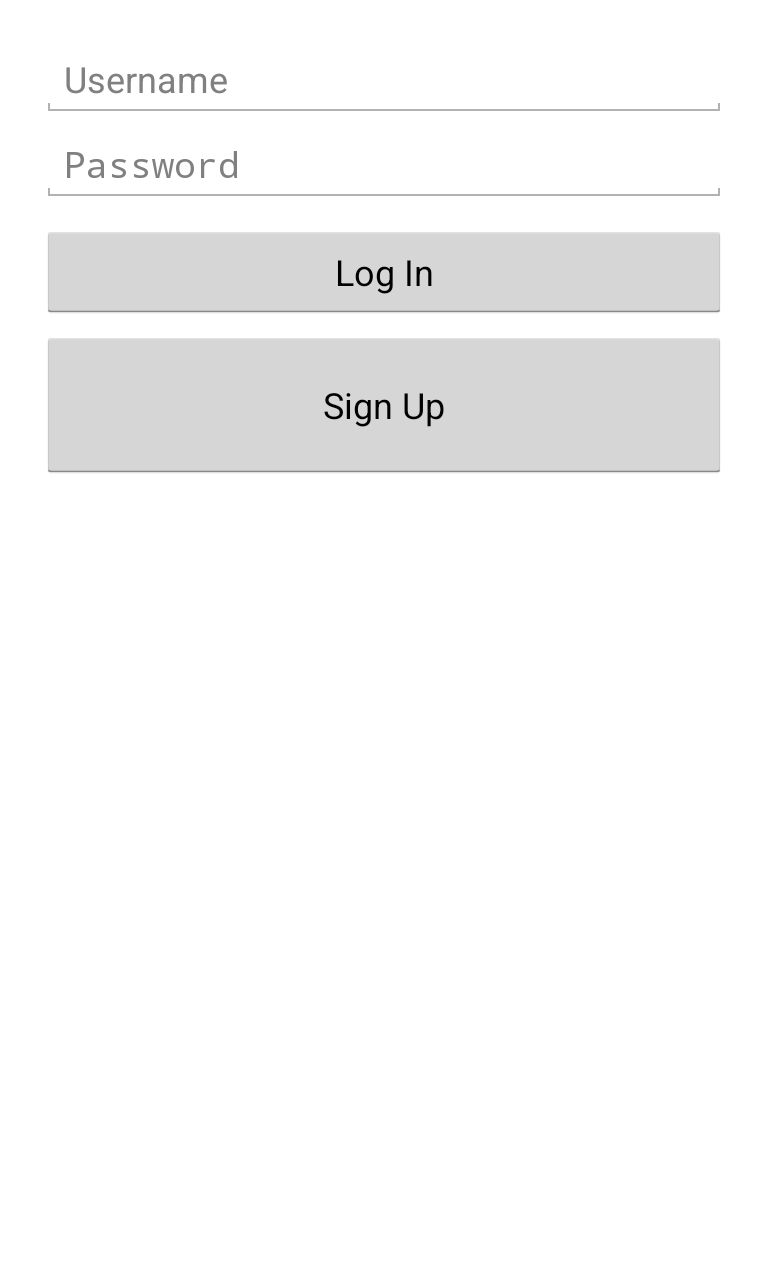
Repository: efreestone/CPM_Freestone
Layout: Project1Android/res/layout/activity_login.xml
The author's editor kept a copy of each file at every save. The layout is drawn from the files as they stood at one save, then again after the next save.
It is drawn on a 768 x 1280 px phone screen (xhdpi) without system bars, with theme AppTheme; the app's code is not run.

Above is the layout before, as saved 2014-10-02 01:07:13.

### Project1Android/res/layout/activity_login.xml
<RelativeLayout xmlns:android="http://schemas.android.com/apk/res/android"
    android:layout_width="fill_parent"
    android:layout_height="fill_parent"
    android:orientation="vertical"
    android:padding="20dp" >

    <EditText
        android:id="@+id/usernameEditText"
        android:layout_width="fill_parent"
        android:layout_height="wrap_content"
        android:hint="@string/usernameTitleText"
        android:inputType="text" />

    <EditText
        android:id="@+id/passwordEditText"
        android:layout_width="fill_parent"
        android:layout_height="wrap_content"
        android:layout_below="@id/usernameEditText"
        android:paddingTop="10dp"
        android:hint="@string/passwordTitleText"
        android:inputType="textPassword" />

    <Button
        android:id="@+id/loginButton"
        android:layout_width="fill_parent"
        android:layout_height="wrap_content"
        android:layout_below="@id/passwordEditText"
        android:layout_marginTop="10dp"
        android:text="@string/loginButtonText" />

    <Button
        android:id="@+id/signupButton"
        android:layout_width="fill_parent"
        android:layout_height="75dp"
        android:layout_below="@id/loginButton"
        android:layout_marginTop="5dp"
        android:text="@string/signupButtonText" />

</RelativeLayout>

### Project1Android/res/values/strings.xml
<?xml version="1.0" encoding="utf-8"?>
<resources>

    <string name="app_name">Project1Android</string>
    <string name="hello_world">Hello world!</string>
    <string name="action_settings">Settings</string>
    <string name="newPlusButton">New Client</string>
    <string name="logoutButtonText">Log Out</string>

    <string name="loginButtonText">Log In</string>
    <string name="signupButtonText">Sign Up</string>

    <string name="usernameTitleText">Username</string>
    <string name="passwordTitleText">Password</string>
</resources>

Loaded but not shown: Project1Android/res/values/styles.xml (common file); Project1Android/res/values-v11/styles.xml (common file); Project1Android/res/values-v14/styles.xml (common file)

After the next save:
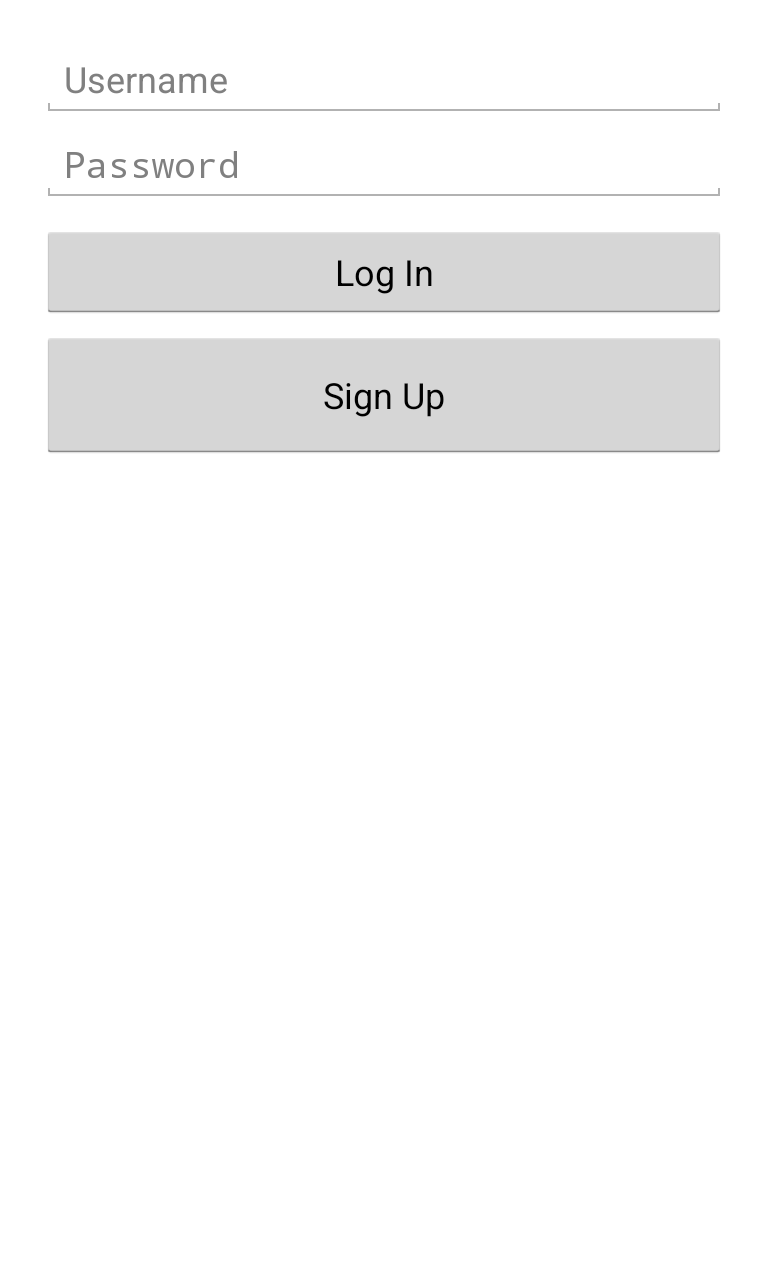
Saved 11 s later.
--- a/Project1Android/res/layout/activity_login.xml
+++ b/Project1Android/res/layout/activity_login.xml
@@ -31,7 +31,7 @@
     <Button
         android:id="@+id/signupButton"
         android:layout_width="fill_parent"
-        android:layout_height="75dp"
+        android:layout_height="65dp"
         android:layout_below="@id/loginButton"
         android:layout_marginTop="5dp"
         android:text="@string/signupButtonText" />
